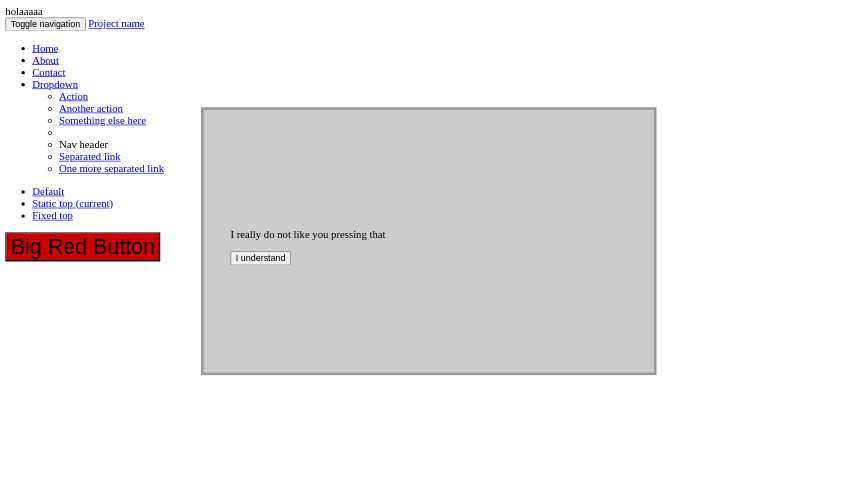
Repository: Adriansen8/GamerArts
Page: http://localhost/html/
The author's editor kept a copy of each file at every save. The page is drawn from the files as they stood at one save, then again after the next save.
The browser window is 1280 px wide. The pictures show the whole page, at 67% of full size.
The page is run by PHP 8.4 with error messages shown; the project is at /var/www/html/.

Above is the page before, as saved 2016-03-08 13:23:53.

### Proyecto/html/Index.php
<!DOCTYPE html>
<html lang="es">
  <head>
    <!-- The above 3 meta tags *must* come first in the head; any other head content must come *after* these tags -->
    <meta name="description" content="">
    <meta name="author" content="">
    <link rel="icon" href="../../favicon.ico">

    <title>prueba bootstrap</title>


	<!-- HOJAS DE ESTILO -->
	<link href="../css/aria.css" rel="stylesheet">
	<link href="../css/aria2.css" rel="stylesheet">
	<link href="http://fonts.googleapis.com/css?family=Noto+Serif:400,400italic,700" rel="stylesheet" type="text/css">
	<!-- SCRIPTS -->
    <script src="../bootstrap/js/jquery-1.1.2.min.js"></script>
	<script src="../js/presentacion.js"></script>
  </head>

<body>

<?php
echo "holaaaaa";
?>


<!-- Static navbar -->
    <nav class="navbar navbar-default navbar-static-top">
      <div class="container">
        <div class="navbar-header">
          <button type="button" class="navbar-toggle collapsed" data-toggle="collapse" data-target="#navbar" aria-expanded="false" aria-controls="navbar">
            <span class="sr-only">Toggle navigation</span>
            <span class="icon-bar"></span>
            <span class="icon-bar"></span>
            <span class="icon-bar"></span>
          </button>
          <a class="navbar-brand" href="#">Project name</a>
        </div>
        <div id="navbar" class="navbar-collapse collapse">
          <ul class="nav navbar-nav">
            <li class="active"><a href="#">Home</a></li>
            <li><a href="#about">About</a></li>
            <li><a href="#contact">Contact</a></li>
            <li class="dropdown">
              <a href="#" class="dropdown-toggle" data-toggle="dropdown" role="button" aria-haspopup="true" aria-expanded="false">Dropdown <span class="caret"></span></a>
              <ul class="dropdown-menu">
                <li><a href="#">Action</a></li>
                <li><a href="#">Another action</a></li>
                <li><a href="#">Something else here</a></li>
                <li role="separator" class="divider"></li>
                <li class="dropdown-header">Nav header</li>
                <li><a href="#">Separated link</a></li>
                <li><a href="#">One more separated link</a></li>
              </ul>
            </li>
          </ul>
          <ul class="nav navbar-nav navbar-right">
            <li><a href="../navbar/">Default</a></li>
            <li class="active"><a href="./">Static top <span class="sr-only">(current)</span></a></li>
            <li><a href="../navbar-fixed-top/">Fixed top</a></li>
          </ul>
        </div><!--/.nav-collapse -->
      </div>
    </nav>


    <div class="container">

    <button id="big-red" data-dialog-call="I really do not like you pressing that" data-dialog-response="I understand">Big Red Button</button>
    <dialog tabindex="0" open="open" role="alertdialog" aria-labelledby="d-message">
   	<div>
      <div role="document" tabindex="0">
         <p id="d-message">I really do not like you pressing that</p>
         <button>I understand</button>
      </div>
   </div>
</dialog>

    </div>


</body>
</html>

### Proyecto/css/aria.css
/* 1. Accessible tooltips without javascript */

/* make the containers relative */
fieldset > div {
	position: relative;
}

/* set up hidden tooltip */
[role="tooltip"] {
	display: none;
	padding: 0.25em;
	margin: 0;
	color: #fff;
	background: #EF8100;
	width: 100%;
	z-index: 2;
}

/* reveal associated tooltip on focus of preceeding input */
input:focus + [role="tooltip"] {
	display: block;
	position: absolute;
	top: 100%;
}

/* 2. Incrementer & decrementer */

#number {
	display: inline-block;
	width: 60%;
}

#number ~ button {
	font-size: 1em;
	font-weight: 700;
	margin-top: 0.33em;
	padding: 0.25em;
	text-align: center;
}

/* 3. Progressive collapsibles */

.collapsible {
	padding: 1.5em;
	background: #E0E1EF;
}

h3 [aria-expanded] {
	display: block;
	width: 100%;
	font-size: inherit;
	font-family: inherit;
	text-transform: inherit;
	text-align: inherit;
	margin: 0;
}

h3 [aria-expanded]:before {
	content: '\25ba\0020';
}

h3 [aria-expanded="true"]:before {
	content: '\25bc\0020';
}

.collapsible h3 + [aria-hidden] {
	display: none;
}

.collapsible h3 + [aria-hidden="false"] {
	display: block;
}

/* 4. Simple tab interface */

a[role="tab"] {
	background: #1928CF;
	color: #fff;
	padding: 0.75em 0.33em;
	display: inline-block;
	margin-right: 0.25em;
}

a[aria-selected], a[role="tab"]:focus {
	background: #fff;
	color: #222;
	border: 2px solid #222;
	border-bottom: 0;
	position: relative;
	top: 2px;
}

a[role="tab"]:focus {
	background: #eee;
}

[role="tablist"] li {
	display: inline-block;
	list-style: none;
}

[role="tabpanel"] {
	margin-top: 0;
	padding: 1.5em;
	border: 2px solid #222;
}

[role="tabpanel"][aria-hidden="true"] {
	display: none;
}

[role="tabpanel"]:focus {
	background: #eee;
	outline: thin dotted;
}

/* 5. Alert! You're offline */

#status {
	padding: 1.5em;
	background: #5B7751;
	color: #fff;
}

#status.offline {
	background: #BF5050;
}

/* 6. Warning dialog */

dialog {
	display: none;
}

dialog[open] {
	display: block;
	width: 50%;
	height: 50%;
	position: fixed;
	margin: auto;
	top: 0; left: 0; bottom: 0; right: 0;
	background: #ccc;
	border: 4px solid #999;
}

dialog[open]:focus {
	outline: 2px solid #222;
}

.mod-hidden {
	visibility: hidden;
}

dialog[open] > div {
	display: table;
	table-layout: fixed;
	width: 100%;
	height: 100%;
	vertical-align: middle;
}

dialog[open] [role="document"] {
	display: table-cell;
	vertical-align: middle;
	padding: 1.5em;
}

dialog[open] [role="document"]:focus {
	outline: 2px solid;
}

#big-red {
	font-size: 2em;
	background: #cc0000;
}

/* 7. A toolbar widget */

.grey-box {
	background: #ddd;
	padding: 1.5em;
}

[role="toolbar"] {
	padding: 0.75em;
	background: #bbb;
	position: relative;
	text-align: center;
}

[role="toolbar"]:after {
	content: '\25bc';
	display: block;
	width: 100%;
	text-indent: -0.75em;
	text-align: center;
	position: absolute;
	bottom: -0.75em;
	font-size: 1.5em;
	color: #bbb;
}

[role="toolbar"] button {
    margin: 0.5em;
    box-shadow: 1px 1px 0 #222, 2px 2px 0 #222, 3px 3px 0 #222, 4px 4px 0 #222, 5px 5px 0 #222, 6px 6px 0 #222;
    position: relative;
    top: -6px;
}

[role="toolbar"] [aria-pressed="true"], [role="toolbar"] button:active {
	box-shadow: 1px 1px 0 #222, 2px 2px 0 #222;
	top: -2px;
}

[role="toolbar"] button:focus {
	outline: none;
	background: #1A248F;
}

[role="toolbar"] + ul li {
    background: #fff;
    list-style: none;
    padding: 0.5em;
    margin: 0.25em 0;
}

#sortable:focus {
	outline: thin dotted;
	outline-offset: 5px;
}

/* 9. Simple dropdowns */

[aria-label^="example"] ul {
	background: #1928cf;
}

[aria-label^="example"] ul:after {
	content: '\0020';
	display: block;
	clear: both;
}

[aria-label^="example"] li {
	float: left;
	vertical-align: top;
	list-style: none;
}

[aria-label^="example"] li + li a {
	border-left: 1px solid;
}

[aria-label^="example"] a {
	color: #fff;
	display: block;
	padding: 0.5em;
}

[aria-label^="example"] a:hover, [aria-label^="example"] a:focus {
	background: #222;
}

[aria-haspopup="true"] {
	position: relative;
}

[aria-haspopup="true"] span {
	font-size: 0.85em;
	padding-left: 0.25em;
}

ul[aria-hidden="true"] {
	display: none;
}

[aria-haspopup="true"] + ul[aria-hidden="false"] {
	margin-top: 0;
	display: block;
	position: absolute;
	min-width: 200px;
}

[aria-haspopup="true"] + ul li {
	float: none;
}

### Proyecto/css/aria2.css
@CHARSET "ISO-8859-1";
/* 1. Accessible tooltips without javascript */

/* make the containers relative */
fieldset > div {
	position: relative;
}

/* set up hidden tooltip */
[role="tooltip"] {
	display: none;
	padding: 0.25em;
	margin: 0;
	color: #fff;
	background: #EF8100;
	width: 100%;
	z-index: 2;
}

/* reveal associated tooltip on focus of preceeding input */
input:focus + [role="tooltip"] {
	display: block;
	position: absolute;
	top: 100%;
}

/* 2. Incrementer & decrementer */

#number {
	display: inline-block;
	width: 60%;
}

#number ~ button {
	font-size: 1em;
	font-weight: 700;
	margin-top: 0.33em;
	padding: 0.25em;
	text-align: center;
}

/* 3. Progressive collapsibles */

.collapsible {
	padding: 1.5em;
	background: #E0E1EF;
}

h3 [aria-expanded] {
	display: block;
	width: 100%;
	font-size: inherit;
	font-family: inherit;
	text-transform: inherit;
	text-align: inherit;
	margin: 0;
}

h3 [aria-expanded]:before {
	content: '\25ba\0020';
}

h3 [aria-expanded="true"]:before {
	content: '\25bc\0020';
}

.collapsible h3 + [aria-hidden] {
	display: none;
}

.collapsible h3 + [aria-hidden="false"] {
	display: block;
}

/* 4. Simple tab interface */

a[role="tab"] {
	background: #1928CF;
	color: #fff;
	padding: 0.75em 0.33em;
	display: inline-block;
	margin-right: 0.25em;
}

a[aria-selected], a[role="tab"]:focus {
	background: #fff;
	color: #222;
	border: 2px solid #222;
	border-bottom: 0;
	position: relative;
	top: 2px;
}

a[role="tab"]:focus {
	background: #eee;
}

[role="tablist"] li {
	display: inline-block;
	list-style: none;
}

[role="tabpanel"] {
	margin-top: 0;
	padding: 1.5em;
	border: 2px solid #222;
}

[role="tabpanel"][aria-hidden="true"] {
	display: none;
}

[role="tabpanel"]:focus {
	background: #eee;
	outline: thin dotted;
}

/* 5. Alert! You're offline */

#status {
	padding: 1.5em;
	background: #5B7751;
	color: #fff;
}

#status.offline {
	background: #BF5050;
}

/* 6. Warning dialog */

dialog {
	display: none;
}

dialog[open] {
	display: block;
	width: 50%;
	height: 50%;
	position: fixed;
	margin: auto;
	top: 0; left: 0; bottom: 0; right: 0;
	background: #ccc;
	border: 4px solid #999;
}

dialog[open]:focus {
	outline: 2px solid #222;
}

.mod-hidden {
	visibility: hidden;
}

dialog[open] > div {
	display: table;
	table-layout: fixed;
	width: 100%;
	height: 100%;
	vertical-align: middle;
}

dialog[open] [role="document"] {
	display: table-cell;
	vertical-align: middle;
	padding: 1.5em;
}

dialog[open] [role="document"]:focus {
	outline: 2px solid;
}

#big-red {
	font-size: 2em;
	background: #cc0000;
}

/* 7. A toolbar widget */

.grey-box {
	background: #ddd;
	padding: 1.5em;
}

[role="toolbar"] {
	padding: 0.75em;
	background: #bbb;
	position: relative;
	text-align: center;
}

[role="toolbar"]:after {
	content: '\25bc';
	display: block;
	width: 100%;
	text-indent: -0.75em;
	text-align: center;
	position: absolute;
	bottom: -0.75em;
	font-size: 1.5em;
	color: #bbb;
}

[role="toolbar"] button {
    margin: 0.5em;
    box-shadow: 1px 1px 0 #222, 2px 2px 0 #222, 3px 3px 0 #222, 4px 4px 0 #222, 5px 5px 0 #222, 6px 6px 0 #222;
    position: relative;
    top: -6px;
}

[role="toolbar"] [aria-pressed="true"], [role="toolbar"] button:active {
	box-shadow: 1px 1px 0 #222, 2px 2px 0 #222;
	top: -2px;
}

[role="toolbar"] button:focus {
	outline: none;
	background: #1A248F;
}

[role="toolbar"] + ul li {
    background: #fff;
    list-style: none;
    padding: 0.5em;
    margin: 0.25em 0;
}

#sortable:focus {
	outline: thin dotted;
	outline-offset: 5px;
}

/* 9. Simple dropdowns */

[aria-label^="example"] ul {
	background: #1928cf;
}

[aria-label^="example"] ul:after {
	content: '\0020';
	display: block;
	clear: both;
}

[aria-label^="example"] li {
	float: left;
	vertical-align: top;
	list-style: none;
}

[aria-label^="example"] li + li a {
	border-left: 1px solid;
}

[aria-label^="example"] a {
	color: #fff;
	display: block;
	padding: 0.5em;
}

[aria-label^="example"] a:hover, [aria-label^="example"] a:focus {
	background: #222;
}

[aria-haspopup="true"] {
	position: relative;
}

[aria-haspopup="true"] span {
	font-size: 0.85em;
	padding-left: 0.25em;
}

ul[aria-hidden="true"] {
	display: none;
}

[aria-haspopup="true"] + ul[aria-hidden="false"] {
	margin-top: 0;
	display: block;
	position: absolute;
	min-width: 200px;
}

[aria-haspopup="true"] + ul li {
	float: none;
}

### Proyecto/js/presentacion.js
/* 2. Incrementer & decrementer
-----------------------------------------------------------------------------------------
*/

$('[aria-controls="number"]').on('click', function() {
  var button = $(this);
  $('#number').val(function(i, oldval) {
    return button.is('[title*="add"]') ?
      parseInt(oldval, 10) + 10 :
      parseInt(oldval, 10) - 10;
  });
});

/* 3. Progressive collapsibles
-----------------------------------------------------------------------------------------
*/

$('.collapsible h3').each(function() {

  var $this = $(this);

  // create unique id for a11y relationship

  var id = 'collapsible-' + $this.index();

  // wrap the content and make it focusable

  $this.nextUntil('h3').wrapAll('<div id="'+ id +'" aria-hidden="true">');
  var panel = $this.next();

  // Add the button inside the <h2> so both the heading and button semanics are read

  $this.wrapInner('<button aria-expanded="false" aria-controls="'+ id +'">');
  var button = $this.children('button');

  // Toggle the state properties

  button.on('click', function() {
    var state = $(this).attr('aria-expanded') === 'false' ? true : false;
    $(this).attr('aria-expanded', state);
    panel.attr('aria-hidden', !state);
  });

});

/* 4. Tab Interface
-----------------------------------------------------------------------------------------
*/

// The class for the container div

var $container = '.tab-interface';

// The setup

$($container +' ul').attr('role','tablist');
$($container +' [role="tablist"] li').attr('role','presentation');
$('[role="tablist"] a').attr({
    'role' : 'tab',
    'tabindex' : '-1'
});

// Make each aria-controls correspond id of targeted section (re href)

$('[role="tablist"] a').each(function() {
  $(this).attr(
    'aria-controls', $(this).attr('href').substring(1)
  );
});

// Make the first tab selected by default and allow it focus

$('[role="tablist"] li:first-child a').attr({
    'aria-selected' : 'true',
    'tabindex' : '0'
});

// Make each section focusable and give it the tabpanel role

$($container +' section').attr({
  'role' : 'tabpanel'
});

// Make first child of each panel focusable programmatically

$($container +' section > *:first-child').attr({
    'tabindex' : '0'
});

// Make all but the first section hidden (ARIA state and display CSS)

$('[role="tabpanel"]:not(:first-of-type)').attr({
  'aria-hidden' : 'true'
});


// Change focus between tabs with arrow keys

$('[role="tab"]').on('keydown', function(e) {

  // define current, previous and next (possible) tabs

  var $original = $(this);
  var $prev = $(this).parents('li').prev().children('[role="tab"]');
  var $next = $(this).parents('li').next().children('[role="tab"]');
  var $target;

  // find the direction (prev or next)

  switch (e.keyCode) {
    case 37:
      $target = $prev;
      break;
    case 39:
      $target = $next;
      break;
    default:
      $target = false
      break;
  }

  if ($target.length) {
      $original.attr({
        'tabindex' : '-1',
        'aria-selected' : null
      });
      $target.attr({
        'tabindex' : '0',
        'aria-selected' : true
      }).focus();
  }

  // Hide panels

  $($container +' [role="tabpanel"]')
    .attr('aria-hidden', 'true');

  // Show panel which corresponds to target

  $('#' + $(document.activeElement).attr('href').substring(1))
    .attr('aria-hidden', null);

});

// Handle click on tab to show + focus tabpanel

$('[role="tab"]').on('click', function(e) {

  e.preventDefault();

  // remove focusability [sic] and aria-selected

  $('[role="tab"]').attr({
    'tabindex': '-1',
    'aria-selected' : null
    });

  // replace above on clicked tab

  $(this).attr({
    'aria-selected' : true,
    'tabindex' : '0'
  });

  // Hide panels

  $($container +' [role="tabpanel"]').attr('aria-hidden', 'true');

  // show corresponding panel

  $('#' + $(this).attr('href').substring(1))
    .attr('aria-hidden', null);

});


/* 6. Warning dialog
-----------------------------------------------------------------------------------------
*/

$('[data-dialog-call]').on('click', function () {

  // define the dialog element
  var dialog = $('body > dialog');

  // record the trigger element
  var trigger = $(this).attr('id') ? $(this).attr('id') : 'trigger';

  // open dialog and add roles
  dialog
    .attr({
      'tabindex' : '0',
      'open' : 'true',
      'role' : 'alertdialog',
      'aria-labelledby' : 'd-message'
    });

  // retrieve custom close button wording, if any
  var closeText =  $(this).attr('data-dialog-response') ? $(this).attr('data-dialog-response') : 'close';

  // build the dialog markup
  dialog.wrapInner('<div><div role="document" tabindex="0"><button role="button">'+ closeText +'</button></div></div>');

  // Insert the message held in the trigger's [data-dialog-msg] attribute
  $('<p id="d-message">' + $(this).attr('data-dialog-call') + '</p>')
  .insertBefore(dialog.find('button:first-of-type'));

  // hide and make unfocusable all other elements
  $('body > *:not(dialog)').addClass('mod-hidden');

  // make last button in dialog the close button
  var close = dialog.find('button:last-of-type');
  $(close).focus();

  var content = dialog.find('[role="document"]');

  var closeDialog = function() {

    dialog.find('p').remove();

    $('body > *:not(dialog)').removeClass('mod-hidden');

    //set focus back to element that triggered dialog

    $('#' + trigger).focus();

    // If we manufactured the ID, remove it
    if ($('#' + trigger).attr('id') === 'trigger') {
      $('#' + trigger).attr('id', null);
    }

    // remove dialog attributes and empty dialog
    dialog.removeAttr('open role aria-describedby tabindex');

    dialog.empty();

    $(dialog).off('keypress.escape');

  }

  // run closeDialog() on click of close button
  $(close).on('click', function() {
    closeDialog();
  });

  // also run closeDialog() on ESC

  $(dialog).on('keypress.escape', function(e) {
    if (e.keyCode == 27) {
      closeDialog();
    }
  });

  // Refocus dialog if user tries to leave it

  $(close).on('keydown', function(e) {
    if ((e.keyCode || e.which) === 9) {
        content.focus();
        e.preventDefault();
    }
  });

});

/* 7. A toolbar widget
-----------------------------------------------------------------------------------------
*/



$('[role="toolbar"] [data-sort]').on('click', function() {

  if ($(this).attr('aria-pressed', 'false')) {

    var listToSort = $('#' + $(this).parent().attr('aria-controls'));
    var listItems = listToSort.children();
    var array = [];

    for (var i = 0, l = $(listItems).length; i < l; i++) {
      array.push($(listItems[i]).text());
    }

    if ($(this).attr('data-sort') === 'ascending') {
      array.sort();
      console.log(array);
    }

    if ($(this).attr('data-sort') === 'descending') {
      array.sort();
      array.reverse();
      console.log(array);
    }

    for(var i = 0, l = $(listItems).length; i < l; i++) {
      listItems[i].innerHTML = array[i];
    }

    $(this).siblings().attr('aria-pressed', 'false');
    $(this).attr('aria-pressed', 'true');

  }

});

$('[role="toolbar"] [data-sort]').on('keydown', function(e) {

  var $newButton;
  var $nextButton = $(this).next();
  var $prevButton = $(this).prev();
  var $listToSort = $('#' + $(this).parent().attr('aria-controls'));

  switch (e.keyCode) {
    case 37:
      $newButton = $prevButton;
      break;
    case 39:
      $newButton = $nextButton;
      break;
    default:
      $newButton = false;
      break;
  }

  if ($newButton.length) {
    $newButton.focus();
  }

  if (e.keyCode === 9) {
    if (!e.shiftKey) {
      e.preventDefault();
      $listToSort.focus();
    }
  }

});

/* 9. Simple dropdowns
-----------------------------------------------------------------------------------------
*/

$('[role="navigation"] ul ul').prev('a')
  .attr('aria-haspopup', 'true')
  .append('<span aria-hidden="true"> &#x25be;</span>');

var showSubmenu = function(dropdown) {
  dropdown.attr('aria-hidden', 'false');
};

var hideSubmenu = function(dropdown) {
  dropdown.attr('aria-hidden', 'true');
};

$('.with-dropdowns > li > a').on('focus', function(e) {
  hideSubmenu($('[aria-label="submenu"]'));
});

$('[aria-haspopup]').on('click', function(e) {
  var submenu = $(this).next();
  showSubmenu(submenu);
  //$(submenu).find('li:first-child a').focus();
  return false;
});

$('[aria-haspopup]').hover(function() {
  showSubmenu($(this).next());
  $(this).off('click');
});

$('[aria-haspopup]').parents('li').mouseleave(function() {
  hideSubmenu($(this).find('[aria-label="submenu"]'));
});

### Proyecto/css/navbar-static-top.css
body {
  min-height: 2000px;
}

.navbar-static-top {
  margin-top: 50px;
  margin-bottom: 19px;
}

a:hover + [role="tooltip"] {
	display: block;
	position: absolute;
	top: 100%;
}

Loaded but not shown: Proyecto/bootstrap/js/jquery-1.1.2.min.js (library); Proyecto/bootstrap/css/bootstrap.min.css (library); Proyecto/bootstrap/js/jquery-2.2.1.min.js (library); Proyecto/bootstrap/js/bootstrap.min.js (library)

After the next save:
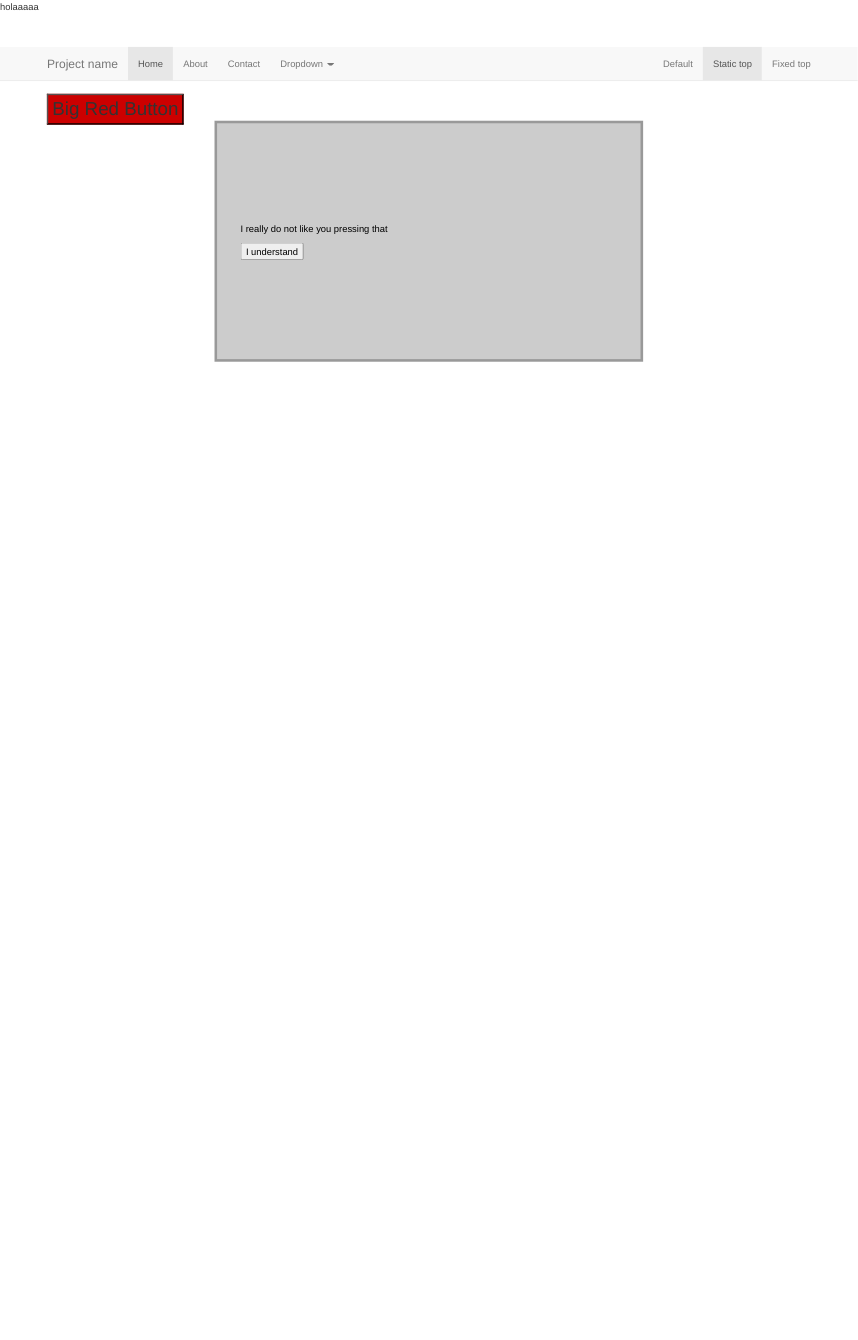
Saved 13 s later.
--- a/Proyecto/html/Index.php
+++ b/Proyecto/html/Index.php
@@ -10,10 +10,14 @@
 
 
 	<!-- HOJAS DE ESTILO -->
+    <link href="../bootstrap/css/bootstrap.min.css" rel="stylesheet">
+    <link href="../css/navbar-static-top.css" rel="stylesheet">
 	<link href="../css/aria.css" rel="stylesheet">
 	<link href="../css/aria2.css" rel="stylesheet">
 	<link href="http://fonts.googleapis.com/css?family=Noto+Serif:400,400italic,700" rel="stylesheet" type="text/css">
 	<!-- SCRIPTS -->
+    <script src="../bootstrap/js/jquery-2.2.1.min.js"></script>
+    <script src="../bootstrap/js/bootstrap.min.js"></script>
     <script src="../bootstrap/js/jquery-1.1.2.min.js"></script>
 	<script src="../js/presentacion.js"></script>
   </head>
